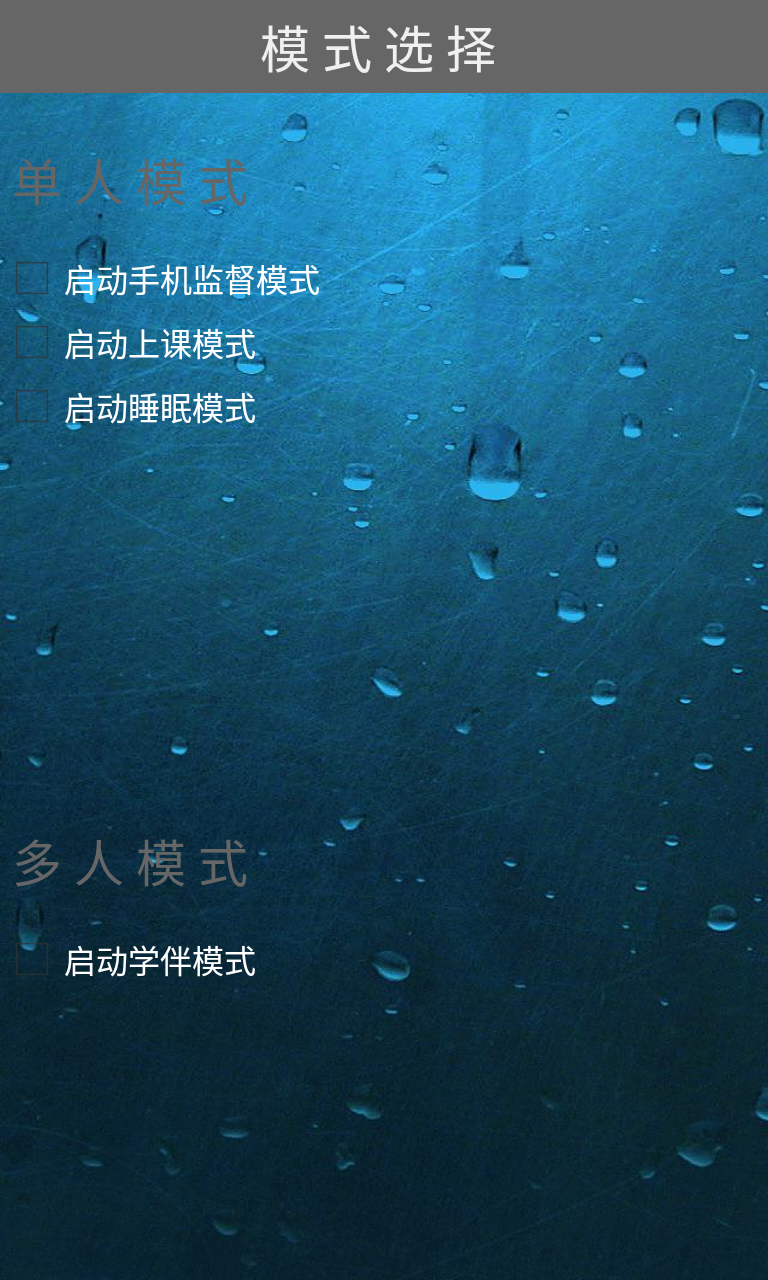
Repository: 17390089054/android
Layout: learning/res/layout/activity_second.xml
An editor plug-in stored every save of this project. The layout is shown before and after the next save, followed by the edit.
It is drawn on a 768 x 1280 px phone screen (xhdpi) without system bars, with theme AppTheme; the app's code is not run.

Above is the layout before, as saved 2018-05-01 14:12:01.

### learning/res/layout/activity_second.xml
<?xml version="1.0" encoding="utf-8"?>
<LinearLayout xmlns:android="http://schemas.android.com/apk/res/android"
    android:layout_width="match_parent"
    android:layout_height="match_parent"
    android:background="@drawable/bg2"
    android:orientation="vertical" >

    <TextView
        android:id="@+id/tv"
        android:layout_width="match_parent"
        android:layout_height="wrap_content"
        android:background="#666"
        android:gravity="center"
        android:padding="5dp"
        android:text=" 模 式 选 择  "
        android:textColor="#f0f0f0"
        android:textSize="25sp" />

    <LinearLayout
        android:layout_width="match_parent"
        android:layout_height="match_parent"
        android:layout_weight="2"
        android:orientation="vertical" >

        <TextView
            android:layout_width="match_parent"
            android:layout_height="wrap_content"
            android:layout_marginTop="25dp"
            android:text=" 单 人 模 式 "
            android:textColor="#666"
            android:textSize="25sp" />

        <CheckBox
            android:layout_width="wrap_content"
            android:layout_height="wrap_content"
            android:layout_marginTop="15dp"
             android:textColor="#fff"
            android:text="启动手机监督模式" />

        <CheckBox
            android:layout_width="wrap_content"
            android:layout_height="wrap_content"
             android:textColor="#fff"
            android:text="启动上课模式" />

        <CheckBox
            android:layout_width="wrap_content"
            android:layout_height="wrap_content"
            android:textColor="#fff"
            android:text="启动睡眠模式" />
    </LinearLayout>

    <LinearLayout
        android:layout_width="match_parent"
        android:layout_height="match_parent"
        android:layout_weight="3"
        android:orientation="vertical" >

        <TextView
            android:layout_width="wrap_content"
            android:layout_height="wrap_content"
            android:text=" 多 人 模 式 "
            android:textColor="#666"
            android:textSize="25sp" />

        <CheckBox
            android:layout_width="wrap_content"
            android:layout_height="wrap_content"
            android:layout_marginTop="15dp"
            android:textColor="#fff"
            android:text="启动学伴模式" />
    </LinearLayout>

</LinearLayout>

Loaded but not shown: learning/res/values/styles.xml (common file); learning/res/values-v11/styles.xml (common file); learning/res/values-v14/styles.xml (common file)

After the next save:
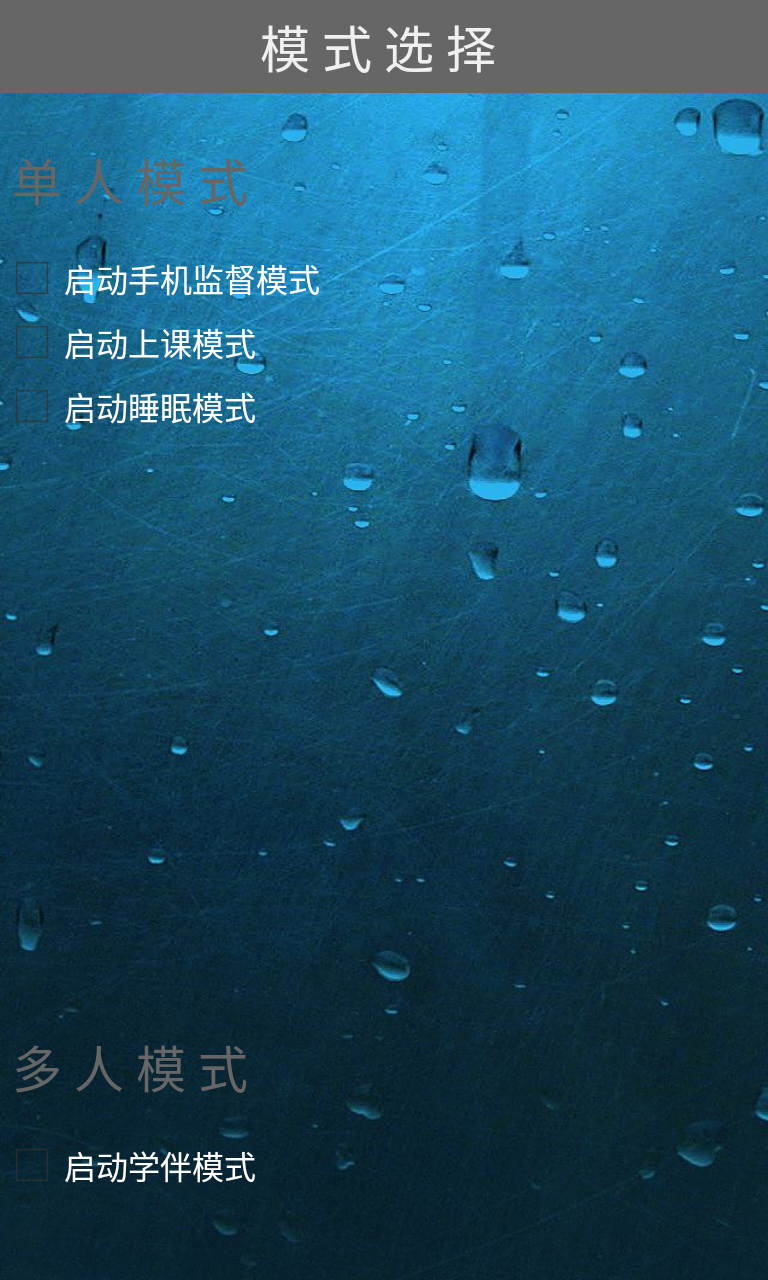
Saved 49 s later.
--- a/learning/res/layout/activity_second.xml
+++ b/learning/res/layout/activity_second.xml
@@ -19,7 +19,7 @@
     <LinearLayout
         android:layout_width="match_parent"
         android:layout_height="match_parent"
-        android:layout_weight="2"
+        android:layout_weight="1"
         android:orientation="vertical" >
 
         <TextView
